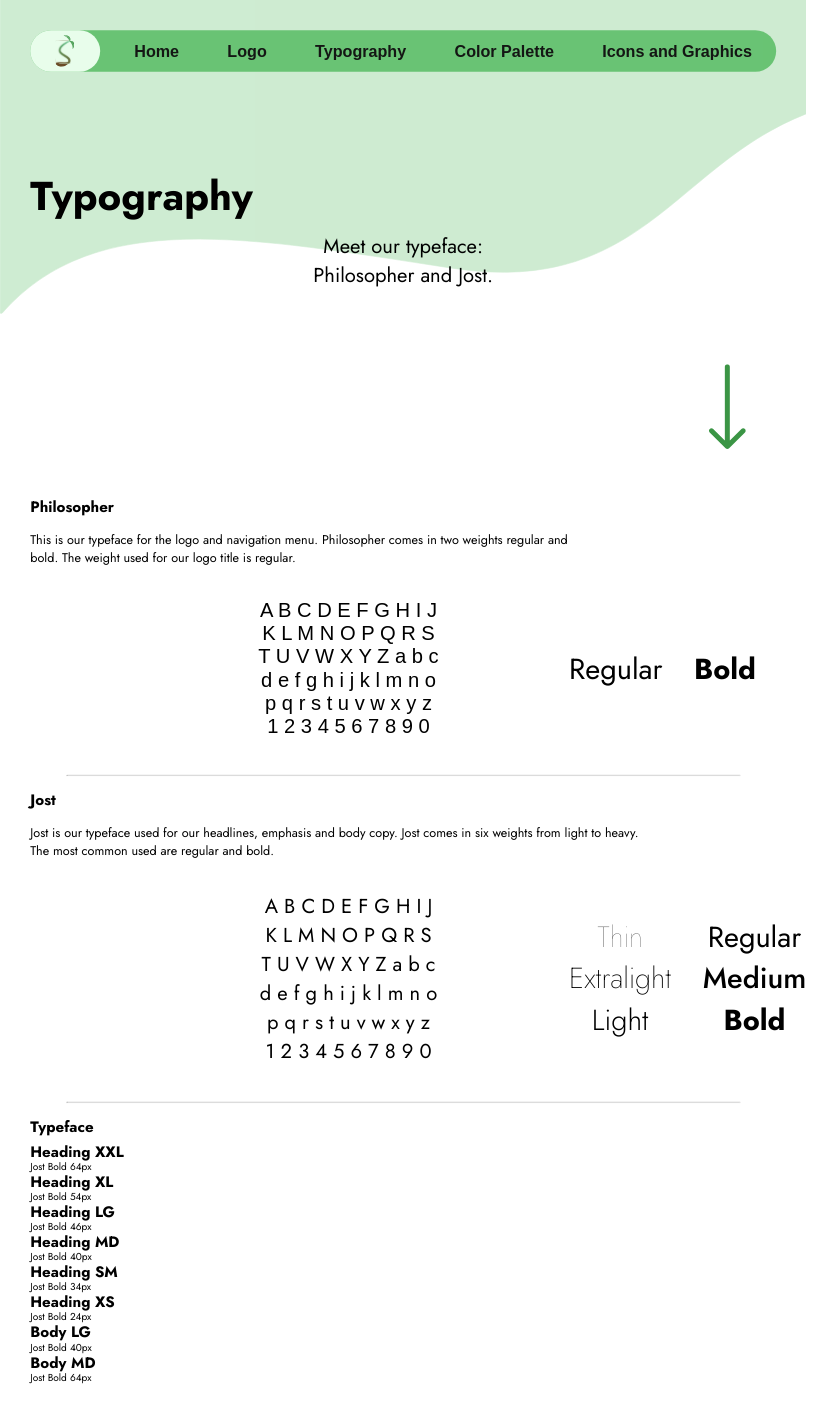
Repository: jjennbui/seedsprout_styleguide
Page: pages/typography.html
The author's editor kept a copy of each file at every save. The page is drawn from the files as they stood at one save, then again after a run of saves.
The browser window is 1280 px wide. The page is 1330 px wide, so the pictures cover 1330 px, including what lies to the right of the window. The pictures show the whole page, at 63% of full size.
Some web fonts or font styles are not loaded; a fallback is used.

Above is the page before, as saved 2023-03-11 00:05:00.

After the next 2 saves:
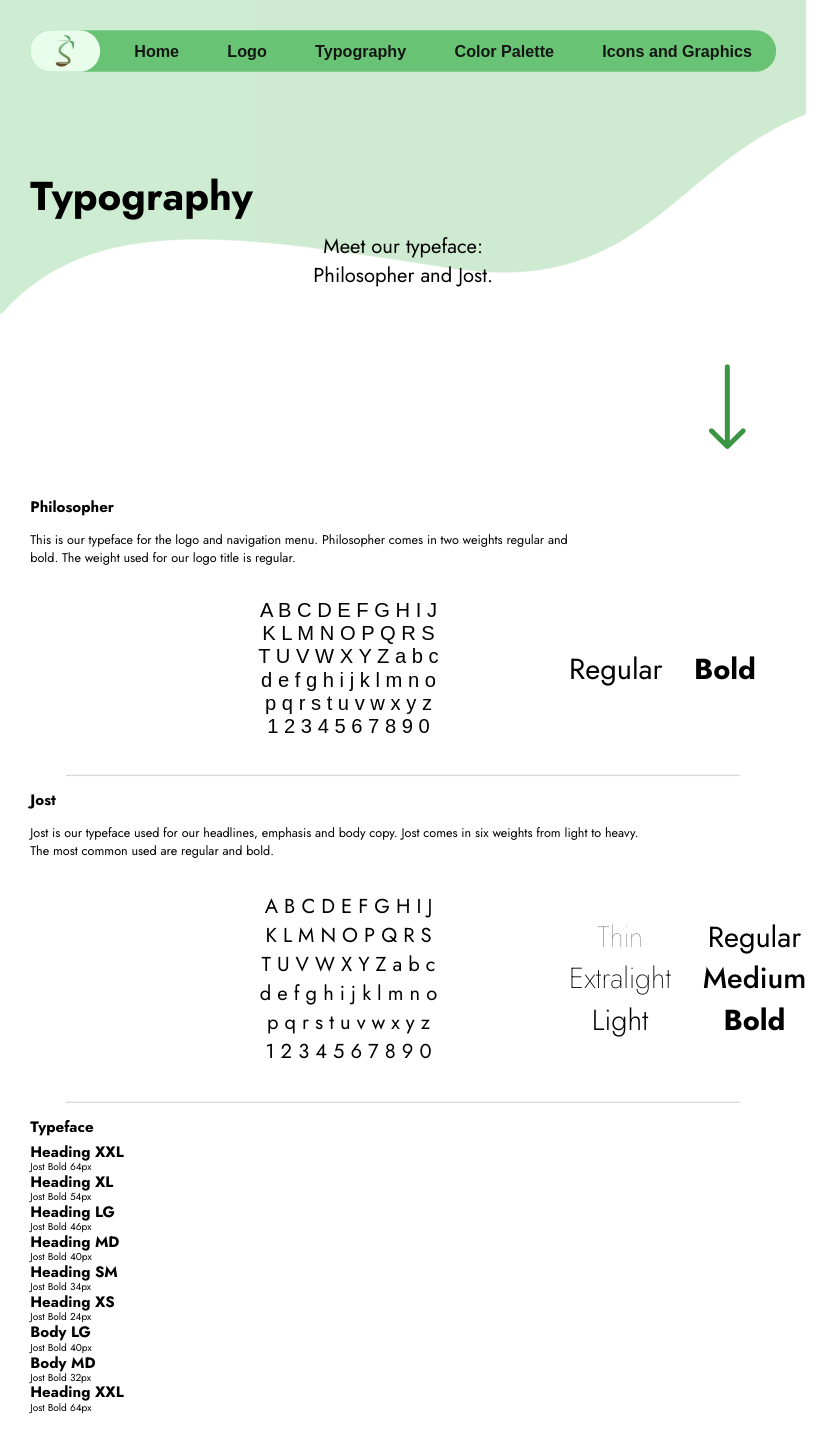
The 2 saves are shown as one change because they came seconds apart.
The last was saved 8 s later.
--- a/pages/typography.html
+++ b/pages/typography.html
@@ -123,6 +123,10 @@
 </div>
 
 <div class="typeface_text"><h1 class="typeface_textone">Body MD</h1>
+    <p class="typeface_texttwo"> Jost Bold 32px</p>
+</div>
+
+<div class="typeface_text"><h1 class="typeface_textone">Heading XXL</h1>
     <p class="typeface_texttwo"> Jost Bold 64px</p>
 </div>
 
